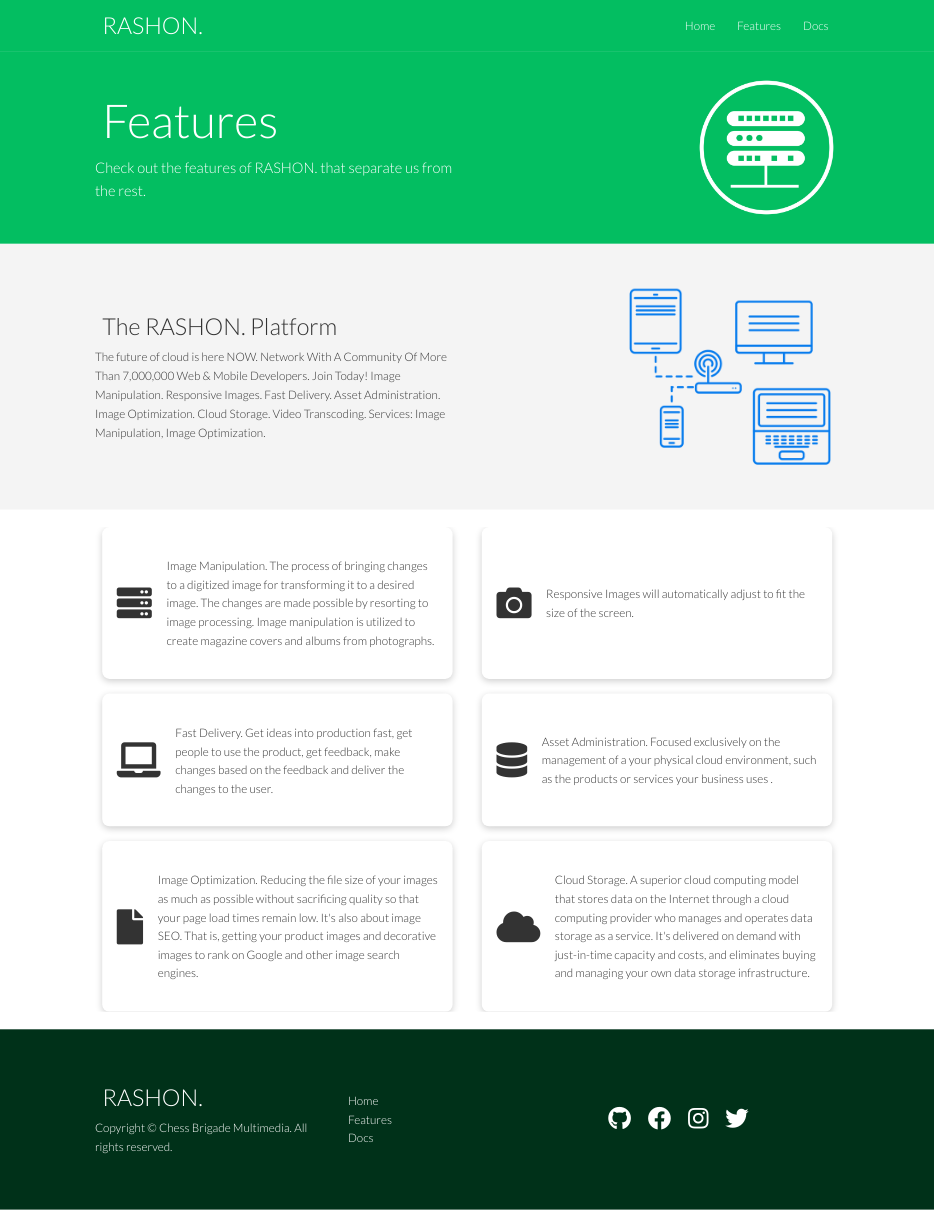
Repository: Skilis/website-modern
Page: features.html
An editor plug-in stored every save of this project. The page is shown before and after the next save, followed by the edit.
The browser window is 1280 px wide. The pictures show the whole page, at 73% of full size.

Above is the page before, as saved 2020-10-23 17:41:09.

### features.html
<!DOCTYPE html>
<html lang="en">

<head>
  <meta charset="UTF-8">
  <meta name="viewport" content="width=device-width, initial-scale=1.0">
  <link rel="stylesheet" href="https://cdnjs.cloudflare.com/ajax/libs/font-awesome/5.15.1/css/all.min.css"
    integrity="sha512-+4zCK9k+qNFUR5X+cKL9EIR+ZOhtIloNl9GIKS57V1MyNsYpYcUrUeQc9vNfzsWfV28IaLL3i96P9sdNyeRssA=="
    crossorigin="anonymous" />
  <link rel="stylesheet" href="css/utilities.css">
  <link rel="stylesheet" href="css/style.css">

  <title>Rashon | Cloud Hosting For The SuperPhly</title>
</head>

<body>
  <!-- Navbar-->
  <div class="navbar">
    <div class="container flex">
      <h1 class="logo">RASHON.</h1>
      <nav>
        <ul>
          <li><a href="index.html">Home</a></li>
          <li><a href="features.html">Features</a></li>
          <li><a href="docs.html">Docs</a></li>
        </ul>
      </nav>
    </div>

  </div>

  <!-- Head -->
  <section class="features-head bg-primary py-3">
    <div class="container grid">
      <div>
        <h1 class="xl">Features</h1>
        <p class="lead">Check out the features of RASHON. that separate us from the rest.</p>
      </div>
      <img src="images/server.png" alt="">
    </div>
  </section>

  <!--Sub head -->

  <section class="features-sub-head bg-light py-3">
    <div class="container grid">
      <div>
        <h1 class="md">The RASHON. Platform</h1>
        <p class="">The future of cloud is here NOW. Network With A Community Of More Than 7,000,000 Web & Mobile
          Developers. Join Today! Image Manipulation. Responsive Images. Fast Delivery. Asset Administration. Image
          Optimization. Cloud Storage. Video Transcoding. Services: Image Manipulation, Image Optimization.</p>
      </div>
      <img src="images/server2.png" alt="">
    </div>

  </section>

  <section class="features-main my-2">
    <div class="container grid">
      <div class="card flex"><i class="fas fa-server fa-3x"></i>
        <p>Image Manipulation. The process of bringing changes to a digitized image for transforming it to a desired
          image. The changes are made possible by resorting to image processing. Image manipulation is utilized to
          create magazine covers and albums from photographs.</p>
      </div>
      <div class="card flex"><i class="fas fa-camera fa-3x"></i>
        <p>Responsive Images will automatically adjust to fit the size of the screen.</p>
      </div>
      <div class="card flex"><i class="fas fa-laptop fa-3x"></i>
        <p>Fast Delivery. Get ideas into production fast, get people to use the product, get feedback, make changes
          based on the feedback and deliver the changes to the user. </p>
      </div>
      <div class="card flex"><i class="fas fa-database fa-3x"></i>
        <p>Asset Administration. Focused exclusively on the management of a your physical cloud environment, such as the
          products or services your business uses .</p>
      </div>
      <div class="card flex"><i class="fas fa-file fa-3x"></i>
        <p>Image
          Optimization. Reducing the file size of your images as much as possible without sacrificing quality so that
          your page load times remain low. It's also about image SEO. That is, getting your product images and
          decorative images to rank on Google and other image search engines. </p>
      </div>
      <div class="card flex"><i class="fas fa-cloud fa-3x"></i>
        <p>Cloud Storage. A superior cloud computing model that stores data on the Internet through a cloud computing
          provider who manages and operates data storage as a service. It's delivered on demand with just-in-time
          capacity and costs, and eliminates buying and managing your own data storage infrastructure. </p>
      </div>
    </div>
  </section>

  <!-- Footer -->

  <footer class="footer bg-dark py-5">
    <div class="container grid grid-3">
      <div>
        <h1>RASHON.</h1>
        <p>Copyright &copy; Chess Brigade Multimedia. All rights reserved.</p>
      </div>
      <nav>
        <ul>
          <li><a href="index.html">Home</a></li>
          <li><a href="features.html">Features</a></li>
          <li><a href="docs.html">Docs</a></li>
        </ul>
      </nav>
      <div class="social">
        <a href="https://skilis.github.io/CBMM-Development/"><i class="fab fa-github fa-2x"></i></a>
        <a href="https://www.facebook.com/ChessChessBrigadeInc/"><i class="fab fa-facebook fa-2x"></i></a>
        <a href="https://www.instagram.com/skilis_creates/"><i class="fab fa-instagram fa-2x"></i></a>
        <a href="https://twitter.com/skilisthedon"><i class="fab fa-twitter fa-2x"></i></a>
      </div>
    </div>
  </footer>


</body>

</html>

### css/utilities.css
.container {
  max-width: 1100px;
  margin: 0 auto;
  overflow: auto;
  padding: 0 40px;
}

.card {
  background-color: #fff;
  color: #333;
  border-radius: 10px;
  box-shadow: 0 3px 10px rgba(0, 0, 0, 0.2);
  padding: 20px;
  margin: 10px;
}

.btn {
  display: inline-block;
  padding: 10px 30px;
  cursor: pointer;
  background: var(--primary-color);
  color: #fff;
  border: none;
  border-radius: 5px;
}

.btn-outline {
  background-color: transparent;
  border: 1px #fff solid;
}

.btn:hover {
  transform: scale(.98);
}

/* Backgrounds & Colored Buttons */

.bg-primary,
.btn-primary {
  background-color: var(--primary-color);
  color: #fff;
}

.bg-secondary,
.btn-secondary {
  background-color: var(--secondary-color);
  color: #fff;
}

.bg-dark,
.btn-dark {
  background-color: var(--dark-color);
  color: #fff;
}

.bg-primary a,
.btn-primary a,
.bg-secondary a,
.btn-secondary a,
.bg-dark a,
.btn-dark a {
  color: #fff;
}

.bg-light,
.btn-light {
  background-color: var(--light-color);
  color: #333;
}

/* Text Sizes */

.lead {
  font-size: 20px;
}

.sm {
  font-size: 1rem;
}

.md {
  font-size: 2rem;
}

.lg {
  font-size: 3rem;
}

.xl {
  font-size: 4rem;
}

.text-center {
  text-align: center;
}

.flex {
  display: flex;
  justify-content: center;
  align-items: center;
  height: 100%;
}

.grid {
  display: grid;
  grid-template-columns: repeat(2, 1fr);
  gap: 20px;
  justify-content: center;
  align-items: center;
  height: 100%;
}

.grid-3 {
  grid-template-columns: repeat(3, 1fr);
}

/* Margin */

.my-1 {
  margin: 1rem;
}

.my-2 {
  margin: 1.5rem 0;
}

.my-3 {
  margin: 2rem 0;
}

.my-4 {
  margin: 3rem 0;
}

.my-5 {
  margin: 4rem 0;
}

.m-1 {
  margin: 1rem;
}

.m-2 {
  margin: 1.5rem;
}

.m-3 {
  margin: 2rem;
}

.m-4 {
  margin: 3rem;
}

.m-5 {
  margin: 4rem;
}

/* Padding */

.py-1 {
  padding: 1rem;
}

.py-2 {
  padding: 1.5rem 0;
}

.py-3 {
  padding: 2rem 0;
}

.py-4 {
  padding: 3rem 0;
}

.py-5 {
  padding: 4rem 0;
}

.p-1 {
  padding: 1rem;
}

.p-2 {
  padding: 1.5rem;
}

.p-3 {
  padding: 2rem;
}

.p-4 {
  padding: 3rem;
}

.p-5 {
  padding: 4rem;
}

### css/style.css
@import url('https://fonts.googleapis.com/css2?family=Lato:wght@300&display=swap');

:root {
  --primary-color: #03be61;
  --secondary-color: #026e38;
  --dark-color: #003119;
  --light-color: #f4f4f4;
}

* {
  box-sizing: border-box;
  padding: 0;
  margin: 0;
}

body {
  font-family: 'Lato', sans-serif;
  color: #333;
  line-height: 1.6;
}

ul {
  list-style-type: none;
}

a {
  text-decoration: none;
  color: #333;
}

h1,
h2 {
  font-weight: 300;
  line-height: 1.2;
  margin: 10px;
}

p {
  margin: 10px 0;
}

img {
  width: 100%;
}

/* Navrbar*/

.navbar {
  background-color: var(--primary-color);
  color: #fff;
  height: 70px;
}

.navbar ul {
  display: flex;
}

.navbar a {
  color: #fff;
  padding: 10px;
  margin: 0 5px;
}

.navbar a:hover {
  border-bottom: 2px white solid;
}

.navbar .flex {
  justify-content: space-between;
}

/* Showcase*/

.showcase {
  height: 400px;
  background-color: var(--primary-color);
  color: white;
  position: relative;
}

.showcase h1 {
  font-size: 40px;
}

.showcase p {
  margin: 20px 0;
}

.showcase .grid {
  overflow: visible;
  grid-template-columns: 55% 45%;
  gap: 30px;
}

.showcase-form {
  position: relative;
  top: 60px;
  height: 350px;
  width: 400px;
  padding: 40px;
  z-index: 100;
}

.showcase-form .form-control {
  margin: 30px 0;
}

.showcase-form input[type='text'],
.showcase-form input[type='email'] {
  border: 0;
  border-bottom: 1px solid #b4becb;
  width: 100%;
  padding: 3px;
  font-size: 16px;
}

.showcase-form input:focus {
  outline: none;
}

.showcase::before,
.showcase::after {
  content: '';
  position: absolute;
  height: 100px;
  bottom: -70px;
  right: 0;
  left: 0;
  background: white;
  transform: skewY(-3deg);
  -webkit-transform: skewY(-3deg);
  -moz-transform: skewY(-3deg);
  -ms-transform: skewY(-3deg);
}

/* Stats */

.stats {
  padding-top: 100px;
}

.stats-heading {
  max-width: 500px;
  margin: auto;
}

.stats .grid h3 {
  font-size: 35px;
}

.stats .grid p {
  font-size: 20px;
  font-weight: bold;
}

/* Cli */

.cli .grid {
  grid-template-columns: repeat(3, 1fr);
  grid-template-rows: repeat(2, 1fr);
}

.cli .grid>*:first-child {
  grid-column: 1 / span 2;
  grid-row: 1 / span 2;
}

/* Cloud */

.cloud .grid {
  grid-template-columns: 4fr 3fr;
}

/* Languages */

.languages .flex {
  flex-wrap: wrap;
}

.languages .card {
  text-align: center;
  margin: 18px 10px 40px;
  transition: transform 0.2s ease-in;
}

.languages .card h4 {
  font-size: 20px;
  margin-bottom: 10px;
}

.languages .card:hover {
  transform: translateY(-15px);
}

/* Features */

.features-head img {
  width: 200px;
  justify-self: flex-end;
}

.features-sub-head img {
  width: 300px;
  justify-self: flex-end;
}

.features-main .card>i {
  margin-right: 20px;
}

.features-main .grid {}

/* Footer */

.footer .social a {
  margin: 0 10px;
}

/* Tablets and under*/

@media(max-width: 768px) {

  .grid,
  .showcase .grid,
  .stats .grid,
  .cli .grid,
  .cloud .grid {
    grid-template-columns: 1fr;
    grid-template-rows: 1fr;
  }

  .showcase {
    height: auto;
  }

  .showcase-text {
    text-align: center;
    margin-top: 40px;
  }

  .showcase-form {
    justify-self: center;
    margin: auto;
  }

  .cli .grid>*:first-child {
    grid-column: 1;
    grid-row: 1;
  }

}

/* Mobile*/

@media(max-width: 500px) {
  .navbar {
    height: 110px;
  }

  .navbar .flex {
    flex-direction: column;
  }

  .navbar ul {
    padding: 10px;
    background-color: rgba(0, 0, 0, 0.1);
  }
}

After the next save:
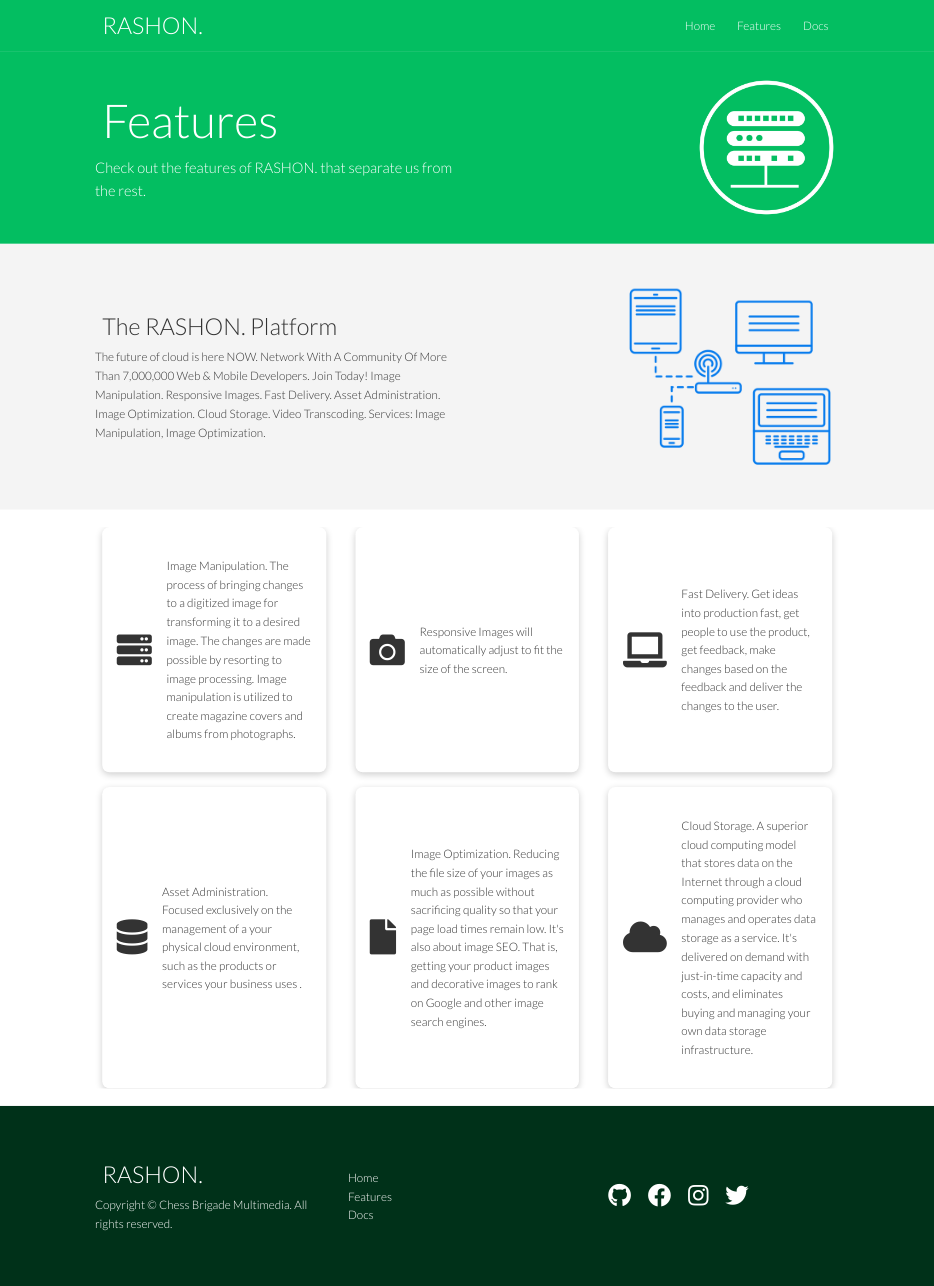
Saved 21 s later.
--- a/features.html
+++ b/features.html
@@ -56,7 +56,7 @@
   </section>
 
   <section class="features-main my-2">
-    <div class="container grid">
+    <div class="container grid grid-3">
       <div class="card flex"><i class="fas fa-server fa-3x"></i>
         <p>Image Manipulation. The process of bringing changes to a digitized image for transforming it to a desired
           image. The changes are made possible by resorting to image processing. Image manipulation is utilized to
